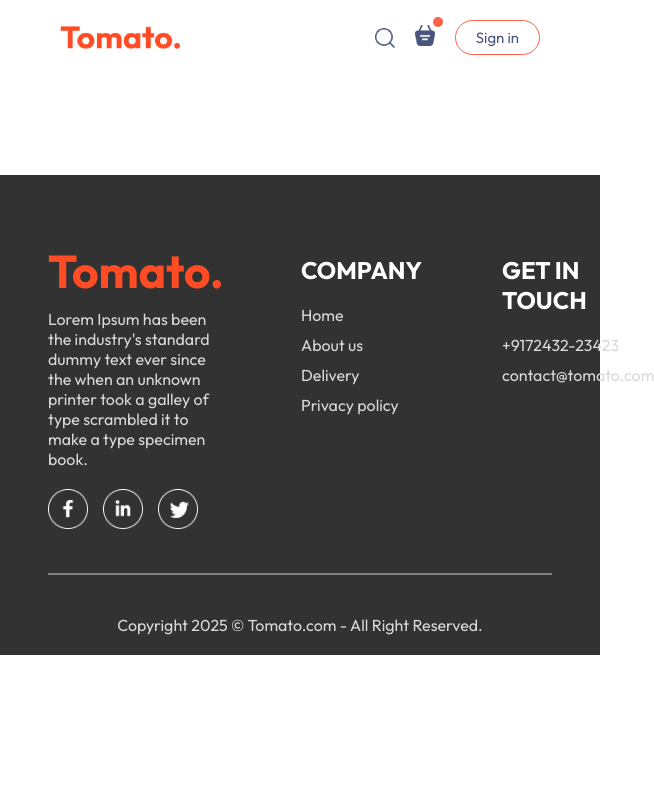
Repository: KartikChouhan03/food-delivery-app
Page: /order (app in frontend/)
An editor plug-in stored every save of this project. The page is shown before and after the next save, followed by the edit.
The browser window is 600 px wide. The page is 654 px wide, then 600 px, so the pictures cover 654 px, including what lies to the right of the window. The pictures show the whole page.
Some web fonts or font styles are not loaded; a fallback is used. The project was rebuilt for these pictures with package versions that can differ from the ones it lists, and the page was loaded fresh each time. Also part of the build but not shown: frontend/vite.config.js, frontend/src/components/Header/Header.css, frontend/src/components/Header/Header.jsx, frontend/src/components/ExploreMenu/ExploreMenu.css, frontend/src/components/ExploreMenu/ExploreMenu.jsx, frontend/src/components/FoodDisplay/FoodDisplay.css, frontend/src/components/FoodItem/FoodItem.css, frontend/src/components/FoodItem/FoodItem.jsx and 7 more.

Above is the page before, as saved 2025-08-16 11:31:11.

After the next save:
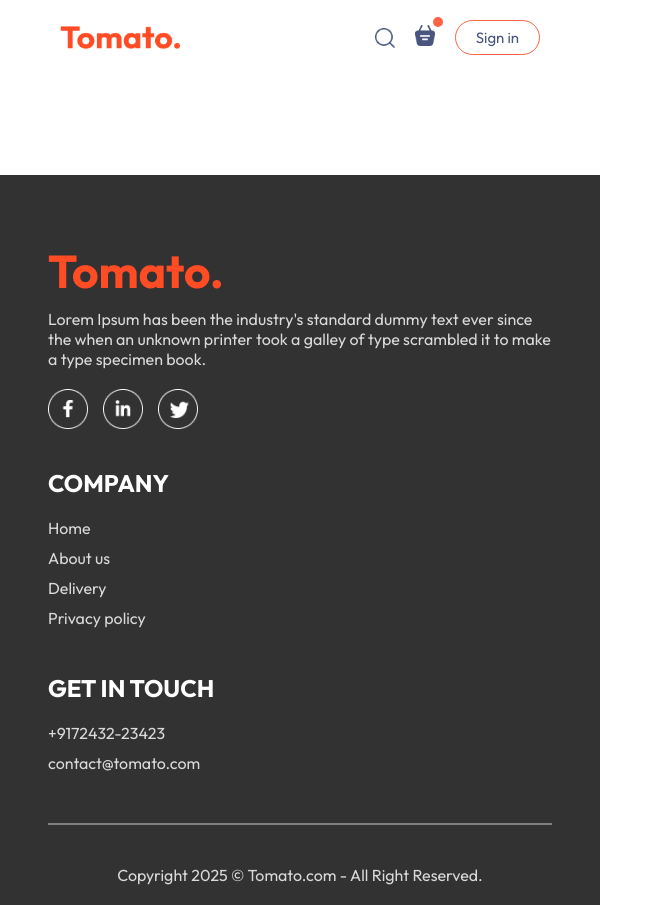
Saved 79 s later.
--- a/frontend/src/components/Footer/Footer.css
+++ b/frontend/src/components/Footer/Footer.css
@@ -48,3 +48,14 @@
     background-color: gray;
     border: none;
 }
+
+@media (max-width:750px) {
+    .footer-content{
+        display: flex;
+        flex-direction: column;
+        gap: 35px;
+    }
+    .footer-copyright{
+        text-align: center;
+    }
+}
